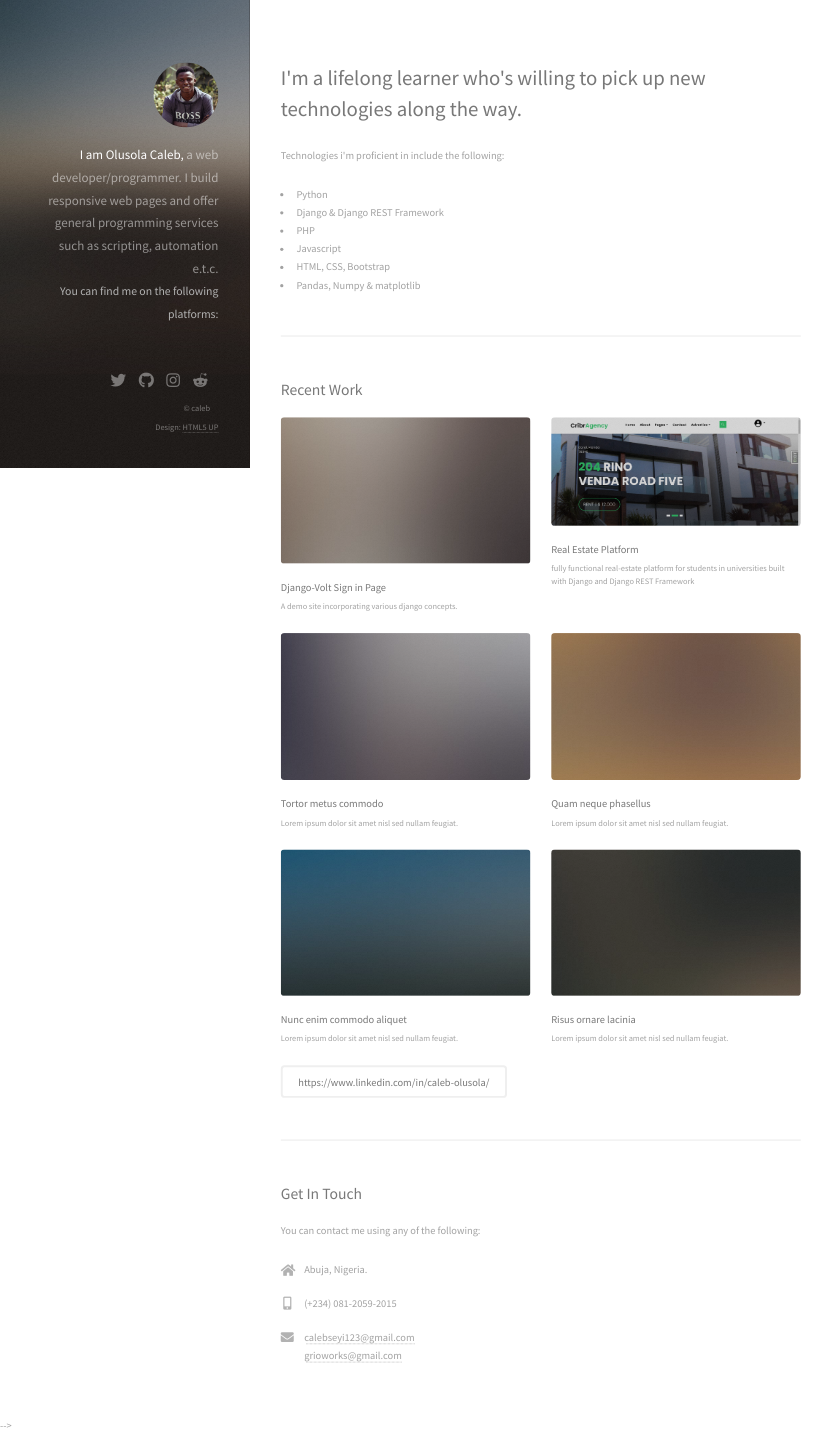
Repository: Caleb40/Caleb40.github.io
Page: index.html
An editor plug-in stored every save of this project. The page is shown before and after the next save, followed by the edit.
The browser window is 1280 px wide. The pictures show the whole page, at 65% of full size.

Above is the page before, as saved 2022-07-12 23:59:15.

### index.html
<!DOCTYPE HTML>
<html lang="en">

<head>
	<title>Olusola Caleb O.</title>
	<meta charset="utf-8" />
	<meta name="viewport" content="width=device-width, initial-scale=1, user-scalable=no" />
	<link rel="stylesheet" href="assets/css/main.css" />
</head>

<body class="is-preload">

	<!-- Header -->
	<header id="header">
		<div class="inner">
			<a href="#" class="image avatar"><img src="images/Photo_1607349133627.jpg" alt="profile" height="100px" width="100px" /></a>
			<h1 id="desc"><strong>I am Olusola Caleb,</strong><br> a web developer/programmer.<br />
				I build responsive web pages and offer general programming services such as scripting, automation e.t.c.
				<p id="findme">You can find me on <br> the following platforms:</p>
			</h1>

		</div>
	</header>

	<!-- Main -->
	<div id="main">

		<!-- One -->
		<section id="one">
			<header class="major">
				<h2>I'm a lifelong learner who's willing to pick up new technologies along the way.</h2>
			</header>
			<p>Technologies i'm proficient in include the following: </p>
			<ul>
				<li>Python</li>
				<li>Django & Django REST Framework</li>
				<li>PHP</li>
				<li>Javascript</li>
				<li>HTML, CSS, Bootstrap</li>
				<li>Pandas, Numpy & matplotlib</li>

			</ul>
			<!-- <ul class="actions">
				<li><a href="#" class="button">Learn More</a></li>
			</ul> -->
		</section>

		<!-- Two -->
		<section id="two">
			<h2>Recent Work</h2>
			<div class="row">
				<article class="col-6 col-12-xsmall work-item">
					<a href="images/portfolio/20220712_184121.png" class="image fit thumb"><img src="images/thumbs/01.jpg" alt="" /></a>
					<h3>Django-Volt Sign in Page</h3>
					<p>A demo site incorporating various django concepts.</p>
				</article>
				<article class="col-6 col-12-xsmall work-item">
					<a href="images/portfolio/20220712_184159.png" class="image fit thumb"><img src="images/portfolio/20220712_184159.png"/></a>
					<h3>Real Estate Platform</h3>
					<p>fully functional real-estate platform for students in universities built with Django and Django REST Framework</p>
				</article>
				<article class="col-6 col-12-xsmall work-item">
					<a href="images/fulls/03.jpg" class="image fit thumb"><img src="images/thumbs/03.jpg" alt="" /></a>
					<h3>Tortor metus commodo</h3>
					<p>Lorem ipsum dolor sit amet nisl sed nullam feugiat.</p>
				</article>
				<article class="col-6 col-12-xsmall work-item">
					<a href="images/fulls/04.jpg" class="image fit thumb"><img src="images/thumbs/04.jpg" alt="" /></a>
					<h3>Quam neque phasellus</h3>
					<p>Lorem ipsum dolor sit amet nisl sed nullam feugiat.</p>
				</article>
				<article class="col-6 col-12-xsmall work-item">
					<a href="images/fulls/05.jpg" class="image fit thumb"><img src="images/thumbs/05.jpg" alt="" /></a>
					<h3>Nunc enim commodo aliquet</h3>
					<p>Lorem ipsum dolor sit amet nisl sed nullam feugiat.</p>
				</article>
				<article class="col-6 col-12-xsmall work-item">
					<a href="images/fulls/06.jpg" class="image fit thumb"><img src="images/thumbs/06.jpg" alt="" /></a>
					<h3>Risus ornare lacinia</h3>
					<p>Lorem ipsum dolor sit amet nisl sed nullam feugiat.</p>
				</article>
			</div>
			<ul class="actions">
				<li><a href="#" class="button">https://www.linkedin.com/in/caleb-olusola/</a></li>
			</ul>
		</section>

		<!-- Three -->
		<section id="three">
			<h2>Get In Touch</h2>
			<p>You can contact me using any of the following:</p>
			<div class="row">
				<!-- <div class="col-8 col-12-small">
					<form method="post" action="#">
						<div class="row gtr-uniform gtr-50">
							<div class="col-6 col-12-xsmall"><input type="text" name="name" id="name"
									placeholder="Name" /></div>
							<div class="col-6 col-12-xsmall"><input type="email" name="email" id="email"
									placeholder="Email" /></div>
							<div class="col-12"><textarea name="message" id="message" placeholder="Message"
									rows="4"></textarea></div>
						</div>
					</form>
					<ul class="actions">
						<li><input type="submit" value="Send Message" /></li>
					</ul>

				</div> -->
				<div class="col-4 col-12-small">
					<ul class="labeled-icons">
						<li>
							<h3 class="icon solid fa-home"><span class="label">Address</span></h3>
							Abuja,
							Nigeria.<br>
						</li>
						<li>
							<h3 class="icon solid fa-mobile-alt"><span class="label">Phone</span></h3>
						(+234) 081-2059-2015
						</li>
						<li>
							<h3 class="icon solid fa-envelope"><span class="label">Email</span></h3>
							<a href="">calebseyi123@gmail.com <br> grioworks@gmail.com</a>
						</li>
					</ul>
				</div>
			</div>
		</section>

		<!-- Four -->

					<!-- <section id="four">
						<h2>Elements</h2>

						<section>
							<h4>Text</h4>
							<p>This is <b>bold</b> and this is <strong>strong</strong>. This is <i>italic</i> and this is <em>emphasized</em>.
							This is <sup>superscript</sup> text and this is <sub>subscript</sub> text.
							This is <u>underlined</u> and this is code: <code>for (;;) { ... }</code>. Finally, <a href="#">this is a link</a>.</p>
							<hr />
							<header>
								<h4>Heading with a Subtitle</h4>
								<p>Lorem ipsum dolor sit amet nullam id egestas urna aliquam</p>
							</header>
							<p>Nunc lacinia ante nunc ac lobortis. Interdum adipiscing gravida odio porttitor sem non mi integer non faucibus ornare mi ut ante amet placerat aliquet. Volutpat eu sed ante lacinia sapien lorem accumsan varius montes viverra nibh in adipiscing blandit tempus accumsan.</p>
							<header>
								<h5>Heading with a Subtitle</h5>
								<p>Lorem ipsum dolor sit amet nullam id egestas urna aliquam</p>
							</header>
							<p>Nunc lacinia ante nunc ac lobortis. Interdum adipiscing gravida odio porttitor sem non mi integer non faucibus ornare mi ut ante amet placerat aliquet. Volutpat eu sed ante lacinia sapien lorem accumsan varius montes viverra nibh in adipiscing blandit tempus accumsan.</p>
							<hr />
							<h2>Heading Level 2</h2>
							<h3>Heading Level 3</h3>
							<h4>Heading Level 4</h4>
							<h5>Heading Level 5</h5>
							<h6>Heading Level 6</h6>
							<hr />
							<h5>Blockquote</h5>
							<blockquote>Fringilla nisl. Donec accumsan interdum nisi, quis tincidunt felis sagittis eget tempus euismod. Vestibulum ante ipsum primis in faucibus vestibulum. Blandit adipiscing eu felis iaculis volutpat ac adipiscing accumsan faucibus. Vestibulum ante ipsum primis in faucibus lorem ipsum dolor sit amet nullam adipiscing eu felis.</blockquote>
							<h5>Preformatted</h5>
							<pre><code>i = 0;

while (!deck.isInOrder()) {
print 'Iteration ' + i;
deck.shuffle();
i++;
}

print 'It took ' + i + ' iterations to sort the deck.';</code></pre>
						</section>

						<section>
							<h4>Lists</h4>
							<div class="row">
								<div class="col-6 col-12-xsmall">
									<h5>Unordered</h5>
									<ul>
										<li>Dolor pulvinar etiam magna etiam.</li>
										<li>Sagittis adipiscing lorem eleifend.</li>
										<li>Felis enim feugiat dolore viverra.</li>
									</ul>
									<h5>Alternate</h5>
									<ul class="alt">
										<li>Dolor pulvinar etiam magna etiam.</li>
										<li>Sagittis adipiscing lorem eleifend.</li>
										<li>Felis enim feugiat dolore viverra.</li>
									</ul>
								</div>
								<div class="col-6 col-12-xsmall">
									<h5>Ordered</h5>
									<ol>
										<li>Dolor pulvinar etiam magna etiam.</li>
										<li>Etiam vel felis at lorem sed viverra.</li>
										<li>Felis enim feugiat dolore viverra.</li>
										<li>Dolor pulvinar etiam magna etiam.</li>
										<li>Etiam vel felis at lorem sed viverra.</li>
										<li>Felis enim feugiat dolore viverra.</li>
									</ol>
									<h5>Icons</h5>
									<ul class="icons">
										<li><a href="#" class="icon brands fa-twitter"><span class="label">Twitter</span></a></li>
										<li><a href="#" class="icon brands fa-facebook-f"><span class="label">Facebook</span></a></li>
										<li><a href="#" class="icon brands fa-instagram"><span class="label">Instagram</span></a></li>
										<li><a href="#" class="icon brands fa-github"><span class="label">Github</span></a></li>
										<li><a href="#" class="icon brands fa-dribbble"><span class="label">Dribbble</span></a></li>
										<li><a href="#" class="icon brands fa-tumblr"><span class="label">Tumblr</span></a></li>
									</ul>
								</div>
							</div>
							<h5>Actions</h5>
							<ul class="actions">
								<li><a href="#" class="button primary">Default</a></li>
								<li><a href="#" class="button">Default</a></li>
							</ul>
							<ul class="actions small">
								<li><a href="#" class="button primary small">Small</a></li>
								<li><a href="#" class="button small">Small</a></li>
							</ul>
							<div class="row">
								<div class="col-6 col-12-small">
									<ul class="actions stacked">
										<li><a href="#" class="button primary">Default</a></li>
										<li><a href="#" class="button">Default</a></li>
									</ul>
								</div>
								<div class="col-6 col-12-small">
									<ul class="actions stacked">
										<li><a href="#" class="button primary small">Small</a></li>
										<li><a href="#" class="button small">Small</a></li>
									</ul>
								</div>
								<div class="col-6 col-12-small">
									<ul class="actions stacked">
										<li><a href="#" class="button primary fit">Default</a></li>
										<li><a href="#" class="button fit">Default</a></li>
									</ul>
								</div>
								<div class="col-6 col-12-small">
									<ul class="actions stacked">
										<li><a href="#" class="button primary small fit">Small</a></li>
										<li><a href="#" class="button small fit">Small</a></li>
									</ul>
								</div>
							</div>
						</section>

						<section>
							<h4>Table</h4>
							<h5>Default</h5>
							<div class="table-wrapper">
								<table>
									<thead>
										<tr>
											<th>Name</th>
											<th>Description</th>
											<th>Price</th>
										</tr>
									</thead>
									<tbody>
										<tr>
											<td>Item One</td>
											<td>Ante turpis integer aliquet porttitor.</td>
											<td>29.99</td>
										</tr>
										<tr>
											<td>Item Two</td>
											<td>Vis ac commodo adipiscing arcu aliquet.</td>
											<td>19.99</td>
										</tr>
										<tr>
											<td>Item Three</td>
											<td> Morbi faucibus arcu accumsan lorem.</td>
											<td>29.99</td>
										</tr>
										<tr>
											<td>Item Four</td>
											<td>Vitae integer tempus condimentum.</td>
											<td>19.99</td>
										</tr>
										<tr>
											<td>Item Five</td>
											<td>Ante turpis integer aliquet porttitor.</td>
											<td>29.99</td>
										</tr>
									</tbody>
									<tfoot>
										<tr>
											<td colspan="2"></td>
											<td>100.00</td>
										</tr>
									</tfoot>
								</table>
							</div>

							<h5>Alternate</h5>
							<div class="table-wrapper">
								<table class="alt">
									<thead>
										<tr>
											<th>Name</th>
											<th>Description</th>
											<th>Price</th>
										</tr>
									</thead>
									<tbody>
										<tr>
											<td>Item One</td>
											<td>Ante turpis integer aliquet porttitor.</td>
											<td>29.99</td>
										</tr>
										<tr>
											<td>Item Two</td>
											<td>Vis ac commodo adipiscing arcu aliquet.</td>
											<td>19.99</td>
										</tr>
										<tr>
											<td>Item Three</td>
											<td> Morbi faucibus arcu accumsan lorem.</td>
											<td>29.99</td>
										</tr>
										<tr>
											<td>Item Four</td>
											<td>Vitae integer tempus condimentum.</td>
											<td>19.99</td>
										</tr>
										<tr>
											<td>Item Five</td>
											<td>Ante turpis integer aliquet porttitor.</td>
											<td>29.99</td>
										</tr>
									</tbody>
									<tfoot>
										<tr>
											<td colspan="2"></td>
											<td>100.00</td>
										</tr>
									</tfoot>
								</table>
							</div>
						</section>

						<section>
							<h4>Buttons</h4>
							<ul class="actions">
								<li><a href="#" class="button primary">Primary</a></li>
								<li><a href="#" class="button">Default</a></li>
							</ul>
							<ul class="actions">
								<li><a href="#" class="button large">Large</a></li>
								<li><a href="#" class="button">Default</a></li>
								<li><a href="#" class="button small">Small</a></li>
							</ul>
							<ul class="actions fit">
								<li><a href="#" class="button primary fit">Fit</a></li>
								<li><a href="#" class="button fit">Fit</a></li>
							</ul>
							<ul class="actions fit small">
								<li><a href="#" class="button primary fit small">Fit + Small</a></li>
								<li><a href="#" class="button fit small">Fit + Small</a></li>
							</ul>
							<ul class="actions">
								<li><a href="#" class="button primary icon solid fa-download">Icon</a></li>
								<li><a href="#" class="button icon solid fa-download">Icon</a></li>
							</ul>
							<ul class="actions">
								<li><span class="button primary disabled">Primary</span></li>
								<li><span class="button disabled">Default</span></li>
							</ul>
						</section>

						<section>
							<h4>Form</h4>
							<form method="post" action="#">
								<div class="row gtr-uniform gtr-50">
									<div class="col-6 col-12-xsmall">
										<input type="text" name="demo-name" id="demo-name" value="" placeholder="Name" />
									</div>
									<div class="col-6 col-12-xsmall">
										<input type="email" name="demo-email" id="demo-email" value="" placeholder="Email" />
									</div>
									<div class="col-12">
										<select name="demo-category" id="demo-category">
											<option value="">- Category -</option>
											<option value="1">Manufacturing</option>
											<option value="1">Shipping</option>
											<option value="1">Administration</option>
											<option value="1">Human Resources</option>
										</select>
									</div>
									<div class="col-4 col-12-small">
										<input type="radio" id="demo-priority-low" name="demo-priority" checked>
										<label for="demo-priority-low">Low Priority</label>
									</div>
									<div class="col-4 col-12-small">
										<input type="radio" id="demo-priority-normal" name="demo-priority">
										<label for="demo-priority-normal">Normal Priority</label>
									</div>
									<div class="col-4 col-12-small">
										<input type="radio" id="demo-priority-high" name="demo-priority">
										<label for="demo-priority-high">High Priority</label>
									</div>
									<div class="col-6 col-12-small">
										<input type="checkbox" id="demo-copy" name="demo-copy">
										<label for="demo-copy">Email me a copy of this message</label>
									</div>
									<div class="col-6 col-12-small">
										<input type="checkbox" id="demo-human" name="demo-human" checked>
										<label for="demo-human">I am a human and not a robot</label>
									</div>
									<div class="col-12">
										<textarea name="demo-message" id="demo-message" placeholder="Enter your message" rows="6"></textarea>
									</div>
									<div class="col-12">
										<ul class="actions">
											<li><input type="submit" value="Send Message" class="primary" /></li>
											<li><input type="reset" value="Reset" /></li>
										</ul>
									</div>
								</div>
							</form>
						</section>

						<section>
							<h4>Image</h4>
							<h5>Fit</h5>
							<div class="box alt">
								<div class="row gtr-50 gtr-uniform">
									<div class="col-12"><span class="image fit"><img src="images/fulls/05.jpg" alt="" /></span></div>
									<div class="col-4"><span class="image fit"><img src="images/thumbs/01.jpg" alt="" /></span></div>
									<div class="col-4"><span class="image fit"><img src="images/thumbs/02.jpg" alt="" /></span></div>
									<div class="col-4"><span class="image fit"><img src="images/thumbs/03.jpg" alt="" /></span></div>
									<div class="col-4"><span class="image fit"><img src="images/thumbs/04.jpg" alt="" /></span></div>
									<div class="col-4"><span class="image fit"><img src="images/thumbs/05.jpg" alt="" /></span></div>
									<div class="col-4"><span class="image fit"><img src="images/thumbs/06.jpg" alt="" /></span></div>
									<div class="col-4"><span class="image fit"><img src="images/thumbs/03.jpg" alt="" /></span></div>
									<div class="col-4"><span class="image fit"><img src="images/thumbs/02.jpg" alt="" /></span></div>
									<div class="col-4"><span class="image fit"><img src="images/thumbs/01.jpg" alt="" /></span></div>
								</div>
							</div>
							<h5>Left &amp; Right</h5>
							<p><span class="image left"><img src="images/avatar.jpg" alt="" /></span>Fringilla nisl. Donec accumsan interdum nisi, quis tincidunt felis sagittis eget. tempus euismod. Vestibulum ante ipsum primis in faucibus vestibulum. Blandit adipiscing eu felis iaculis volutpat ac adipiscing accumsan eu faucibus. Integer ac pellentesque praesent tincidunt felis sagittis eget. tempus euismod. Vestibulum ante ipsum primis in faucibus vestibulum. Blandit adipiscing eu felis iaculis volutpat ac adipiscing accumsan eu faucibus. Integer ac pellentesque praesent. Donec accumsan interdum nisi, quis tincidunt felis sagittis eget. tempus euismod. Vestibulum ante ipsum primis in faucibus vestibulum. Blandit adipiscing eu felis iaculis volutpat ac adipiscing accumsan eu faucibus. Integer ac pellentesque praesent tincidunt felis sagittis eget. tempus euismod. Vestibulum ante ipsum primis in faucibus vestibulum. Blandit adipiscing eu felis iaculis volutpat ac adipiscing accumsan eu faucibus. Integer ac pellentesque praesent.</p>
							<p><span class="image right"><img src="images/avatar.jpg" alt="" /></span>Fringilla nisl. Donec accumsan interdum nisi, quis tincidunt felis sagittis eget. tempus euismod. Vestibulum ante ipsum primis in faucibus vestibulum. Blandit adipiscing eu felis iaculis volutpat ac adipiscing accumsan eu faucibus. Integer ac pellentesque praesent tincidunt felis sagittis eget. tempus euismod. Vestibulum ante ipsum primis in faucibus vestibulum. Blandit adipiscing eu felis iaculis volutpat ac adipiscing accumsan eu faucibus. Integer ac pellentesque praesent. Donec accumsan interdum nisi, quis tincidunt felis sagittis eget. tempus euismod. Vestibulum ante ipsum primis in faucibus vestibulum. Blandit adipiscing eu felis iaculis volutpat ac adipiscing accumsan eu faucibus. Integer ac pellentesque praesent tincidunt felis sagittis eget. tempus euismod. Vestibulum ante ipsum primis in faucibus vestibulum. Blandit adipiscing eu felis iaculis volutpat ac adipiscing accumsan eu faucibus. Integer ac pellentesque praesent.</p>
						</section>

					</section>
				-->

	</div> -->

	<!-- Footer -->
	<footer id="footer">
		<div class="inner">
			<!-- <p id="phone">Contact: 08120592015</p>
			<p id="email">E-mail: calebseyi123@gmail.com</p> -->
			<ul class="icons">
				<li><a href="https://twitter.com/caleb_mnb" class="icon brands fa-twitter"><span
							class="label">Twitter</span></a></li>
				<li><a href="https://github.com/Caleb40" class="icon brands fa-github"><span
							class="label">Github</span></a></li>
				<li><a href="https://www.instagram.com/itz_calebking/" class="icon brands fa-instagram"><span
							class="label">Instagram</span></a></li>
				<li><a href="https://www.reddit.com/user/caleb_king" class="icon brands fa-reddit-alien"><span
							class="label">Reddit</span></a></li>
				<ul class="copyright">
					<li>&copy; caleb</li>
					<li>Design: <a href="http://html5up.net">HTML5 UP</a></li>
				</ul>

			</ul>
		</div>
	</footer>

	<!-- Scripts -->
	<script src="assets/js/jquery.min.js"></script>
	<script src="assets/js/jquery.poptrox.min.js"></script>
	<script src="assets/js/browser.min.js"></script>
	<script src="assets/js/breakpoints.min.js"></script>
	<script src="assets/js/util.js"></script>
	<script src="assets/js/main.js"></script>

</body>

</html>

Loaded but not shown: assets/js/jquery.min.js (library); assets/js/jquery.poptrox.min.js (library); assets/js/browser.min.js (common file); assets/js/breakpoints.min.js (common file); assets/css/fontawesome-all.min.css (library); assets/js/util.js (587 lines, source omitted); assets/js/main.js (117 lines, source omitted); assets/css/main.css (3241 lines, source omitted)

After the next save:
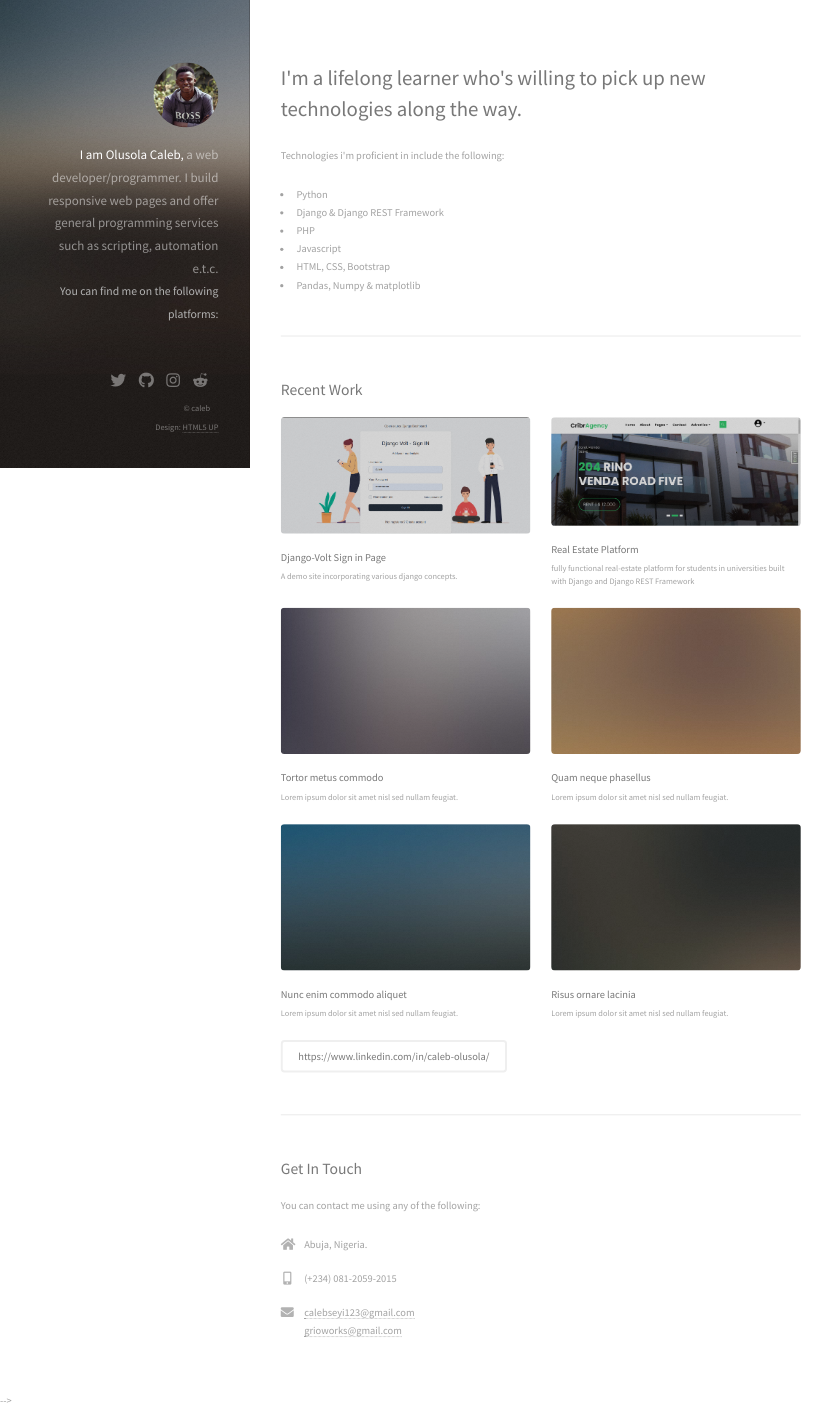
Saved 62 s later.
--- a/index.html
+++ b/index.html
@@ -50,7 +50,7 @@
 			<h2>Recent Work</h2>
 			<div class="row">
 				<article class="col-6 col-12-xsmall work-item">
-					<a href="images/portfolio/20220712_184121.png" class="image fit thumb"><img src="images/thumbs/01.jpg" alt="" /></a>
+					<a href="images/portfolio/20220712_184121.png" class="image fit thumb"><img src="images/portfolio/20220712_184121.png" alt="" /></a>
 					<h3>Django-Volt Sign in Page</h3>
 					<p>A demo site incorporating various django concepts.</p>
 				</article>
